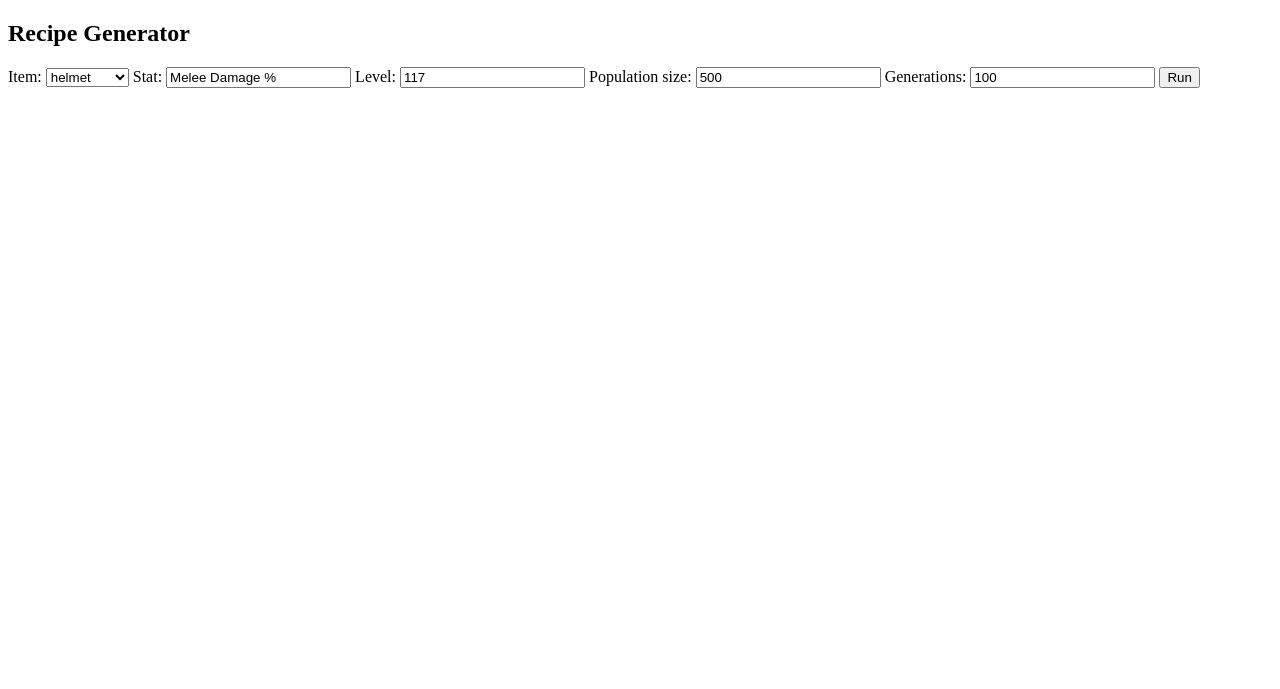
Repository: Dispasim/wynncraft_recipe_generator
Page: frontend.html
These files come from the project's save history. The page is drawn as it stood at one moment and after the next save; the edit follows.
The browser window is 1280 px wide. The pictures show the whole page.

Above is the page before, as saved 2026-05-04 02:33:41.

After the next save:
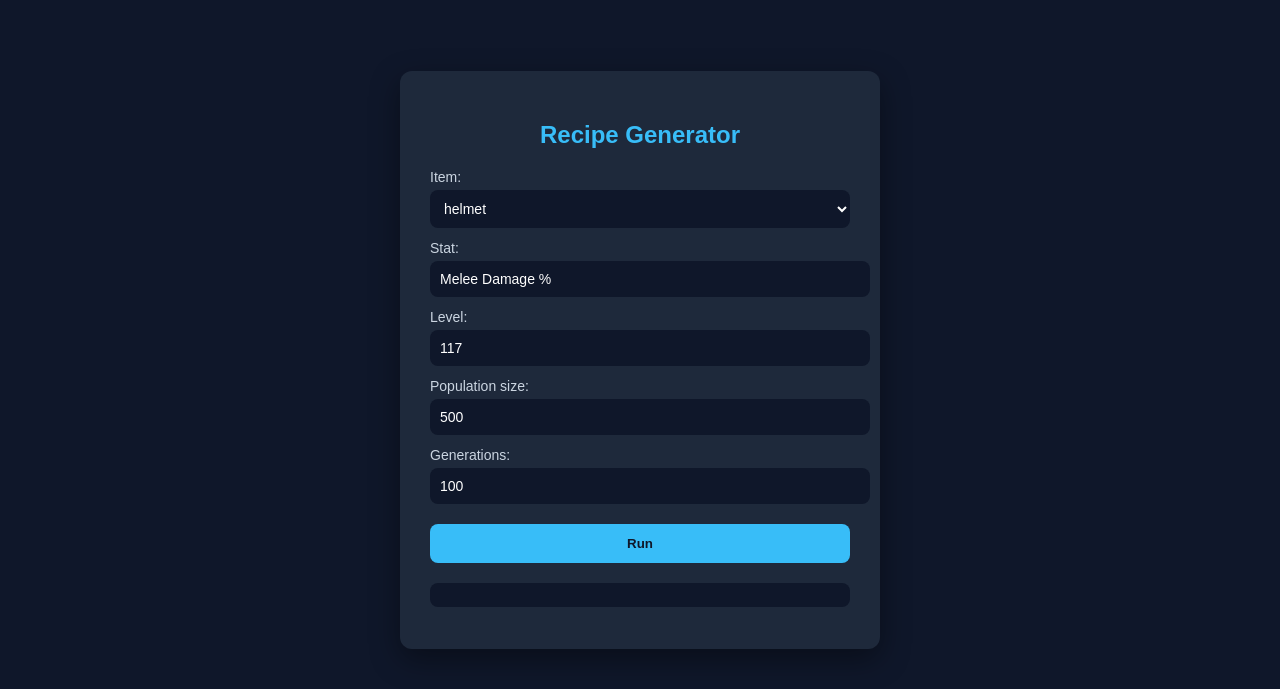
Saved 13 min 23 s later.
--- a/frontend.html
+++ b/frontend.html
@@ -1,6 +1,93 @@
 <!DOCTYPE html>
-<html>
+<html lang="fr">
+<head>
+<meta charset="UTF-8" />
+<meta name="viewport" content="width=device-width, initial-scale=1.0"/>
+
+<title>Recipe Generator</title>
+
+<style>
+    body {
+        margin: 0;
+        font-family: Arial, Helvetica, sans-serif;
+        background: #0f172a;
+        color: #e2e8f0;
+        display: flex;
+        justify-content: center;
+        align-items: center;
+        min-height: 100vh;
+    }
+
+    .container {
+        background: #1e293b;
+        padding: 30px;
+        border-radius: 12px;
+        width: 420px;
+        box-shadow: 0 10px 30px rgba(0,0,0,0.4);
+    }
+
+    h2 {
+        text-align: center;
+        margin-bottom: 20px;
+        color: #38bdf8;
+    }
+
+    label {
+        display: block;
+        margin-top: 12px;
+        margin-bottom: 5px;
+        font-size: 14px;
+        color: #cbd5e1;
+    }
+
+    input, select {
+        width: 100%;
+        padding: 10px;
+        border-radius: 8px;
+        border: none;
+        outline: none;
+        background: #0f172a;
+        color: white;
+        font-size: 14px;
+    }
+
+    input:focus, select:focus {
+        outline: 2px solid #38bdf8;
+    }
+
+    button {
+        margin-top: 20px;
+        width: 100%;
+        padding: 12px;
+        border: none;
+        border-radius: 8px;
+        background: #38bdf8;
+        color: #0f172a;
+        font-weight: bold;
+        cursor: pointer;
+        transition: 0.2s;
+    }
+
+    button:hover {
+        background: #0ea5e9;
+    }
+
+    pre {
+        margin-top: 20px;
+        background: #0f172a;
+        padding: 12px;
+        border-radius: 8px;
+        max-height: 250px;
+        overflow: auto;
+        font-size: 12px;
+        color: #22c55e;
+    }
+</style>
+</head>
+
 <body>
+
+<div class="container">
 
 <h2>Recipe Generator</h2>
 
@@ -26,6 +113,8 @@
 <button onclick="runAlgo()">Run</button>
 
 <pre id="output"></pre>
+
+</div>
 
 <script>
 async function runAlgo() {
